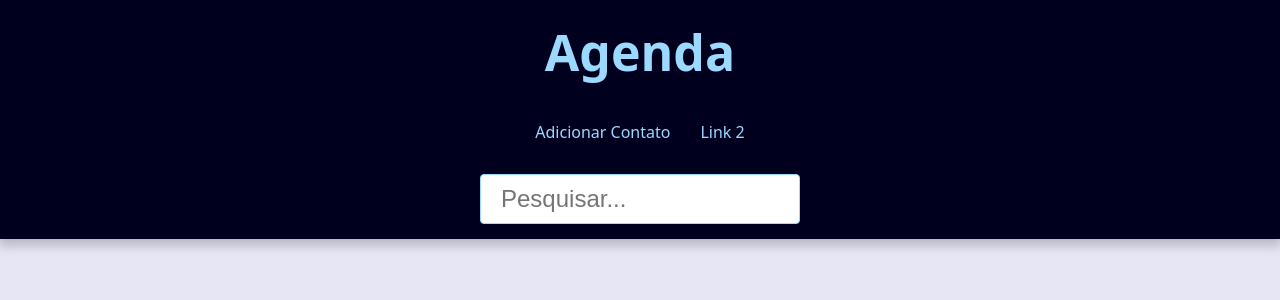
Repository: Anajuliabm248/Agenda
Page: http://localhost/
An editor plug-in stored every save of this project. The page is shown before and after a run of saves, followed by the edit.
The browser window is 1280 px wide. The pictures show the whole page.
The page is served by the project's application, run on Django 5.2 (manage.py). Other server files are loaded and not shown. Queries for data that is not in the repository find no rows.

Above is the page before, as saved 2026-05-03 19:20:04.

### contact/templates/contact/index.html
{% include 'global/base.html' %}

{% block content %}
    {% if page_obj %}
        <main class="content">
            <div class="responsive-table">
                <table class="contacts-table">
                    <caption class="table-caption">
                        Contatos
                    </caption>
                    <thead>
                        <tr class="table-row table-row-header">
                            <th class="table-header">ID</th>
                            <th class="table-header">Nome</th>
                            <th class="table-header">Sobrenome</th>
                            <th class="table-header">Telefone</th>
                            <th class="table-header">E-mail</th>
                        </tr>
                    </thead>
                    <tbody>
                        {% for contact in page_obj %}
                            <tr class="table-row">
                                <td class="table-cel">
                                    <a class="table-link" href="{% url 'contact:contact' contact.id %}">{{ contact.id }}</a>
                                </td>
                                <td class="table-cel">
                                    {{ contact.first_name }}
                                </td>
                                <td class="table-cel">
                                    {{ contact.last_name }}
                                </td>
                                <td class="table-cel">
                                    {{ contact.phone }}
                                </td>
                                <td class="table-cel">
                                    {{ contact.email }}
                                </td>
                            </tr>
                        {% endfor %}
                    </tbody>
                </table>
            </div>

            {% include 'global/partials/pagination.html' %}

        </main>
    {% endif %}
{% endblock content %}

### base_templates/global/base.html
{% load static %}
<!DOCTYPE html>
<html lang="pt_BR">
<head>
    <meta charset="UTF-8">
    <title>{% block title %}{{ title }}{% endblock title %}</title>
    <link rel="stylesheet" href="{% static 'global/css/styles.css' %}">
</head>
<body>

    {% include 'global/partials/_header.html' %}

    {% block content %}

    {% endblock content %}

</body>
</html>

### base_templates/global/partials/_header.html
<header class="header">
        <h1 class="header-heading">
            <a href="{% url 'contact:index' %}" class="header-link">Agenda</a>
        </h1>
        <nav class="menu">
            <ul class="menu-list">
                <li class="menu-item">
                    <a href="{% url 'contact:create' %}" class="menu-link">Adicionar Contato</a>
                </li>
                <li class="menu-item">
                    <a href="" class="menu-link">Link 2</a>
            </ul>
        </nav>

        <div class="search">
            <form action="{% url 'contact:search' %}" method="GET">
                <input type="text" name="q" id="search" class="search-input" placeholder="Pesquisar..." value="{{ search_value }}">
            </form>
        </div>
    </header>

### contact/views/contact_views.py

from django.shortcuts import redirect, render, get_object_or_404
from contact.models import Contact
from django.db.models import Q
from django.core.paginator import Paginator
# Create your views here.

def index(request):
    print('contatos | index')
    contacts = Contact.objects.filter(show=True).order_by('id')

    #o paginator do django é uma classe para a criação de paginação em lista de objetos
    #ver mais sobre ele em: https://docs.djangoproject.com/en/4.2/topics/pagination/
    paginator = Paginator(contacts, 10)  # Exibe 10 contatos por página
    page_number = request.GET.get('page')
    page_obj = paginator.get_page(page_number)

    context= {
        'title': 'Contatos -  Agenda',
        'page_obj': page_obj,
    }

    return render(
        request,
        'contact/index.html',
        context
    )

def search(request):
    search_value = request.GET.get('q', '').strip()

    if not search_value:
        return redirect('contact:index')

    #icontains é case insensitive, ou seja, não diferencia maiúsculas de minúsculas
    #icontains é um filtro de consulta do Django que é usado para realizar buscas em campos de texto;
    #Ele é utilizado para verificar se um determinado valor está contido em um campo de texto, independentemente de como as letras estão capitalizadas.
    contacts = Contact.objects \
        .filter(show=True) \
        .filter(
                Q(first_name__icontains=search_value) |
                Q(last_name__icontains=search_value)  |
                Q(phone__icontains=search_value)      |
                Q(email__icontains=search_value)
        ) \
        .order_by('id')


    paginator = Paginator(contacts, 10)  # Exibe 10 contatos por página
    page_number = request.GET.get('page')
    page_obj = paginator.get_page(page_number)

    context= {
        'title': 'Contatos -  Agenda',
        'page_obj': page_obj,
        'search_value': search_value,
    }

    return render(
        request,
        'contact/index.html',
        context
    )


def contact(request, contact_id):
    single_contact = get_object_or_404(Contact, id = contact_id, show = True)

    # O título da página é o nome do contato seguido de " - Agenda"
    site_title = f'{single_contact.first_name} {single_contact.last_name} - Agenda'

    context= {
        'title': site_title,
        'contact': single_contact,
    }

    return render(
        request,
        'contact/contact.html',
        context
    )

### Agenda/urls.py
"""
URL configuration for Agenda project.

The `urlpatterns` list routes URLs to views. For more information please see:
    https://docs.djangoproject.com/en/6.0/topics/http/urls/
Examples:
Function views
    1. Add an import:  from my_app import views
    2. Add a URL to urlpatterns:  path('', views.home, name='home')
Class-based views
    1. Add an import:  from other_app.views import Home
    2. Add a URL to urlpatterns:  path('', Home.as_view(), name='home')
Including another URLconf
    1. Import the include() function: from django.urls import include, path
    2. Add a URL to urlpatterns:  path('blog/', include('blog.urls'))
"""
from django.contrib import admin
from django.urls import path, include
from django.conf.urls.static import static
from django.conf import settings


urlpatterns = [
    path('admin/', admin.site.urls),
    path('', include('contact.urls'))
]

urlpatterns += static(settings.MEDIA_URL, document_root=settings.MEDIA_ROOT)
urlpatterns += static(settings.STATIC_URL, document_root=settings.STATIC_ROOT)

### contact/urls.py
from django.urls import path
from contact import views

app_name = 'contact'

urlpatterns = [
    path('', views.index, name='index'),
    path('search/', views.search, name='search'),
    #crud de contatos
    path('contact/<int:contact_id>/detail/', views.contact, name='contact'),
    path('contact/create/', views.create, name='create'),
]

### base_static/global/css/styles.css
:root {
  --spacing: 1.5rem;
  --link-dark-color: rgb(0, 83, 134);
  --link-light-color: rgb(156, 217, 255);
  --clr-white: rgb(245, 245, 255);
  --clr-black: rgb(0, 0, 30);
  --clr-light-gray: rgb(230, 230, 245);
  --clr-dark-shadow-5: rgba(0, 0, 10, 5%);
  --clr-dark-shadow-10: rgba(0, 0, 10, 10%);
  --clr-dark-shadow-20: rgba(0, 0, 10, 20%);
  --clr-light-shadow-5: rgba(200, 200, 255, 5%);
  --clr-light-shadow-10: rgba(200, 200, 255, 10%);
  --clr-light-shadow-20: rgba(200, 200, 255, 20%);
  --main-page-width: 120rem;
  --table-min-width: 60rem;
  --biggest-font-size: 5rem;
  --bigger-font-size: 4rem;
  --big-font-size: 3.2rem;
  --medium-font-size: 2.4rem;
  --small-font-size: 1.6rem;
  --smaller-font-size: 1.4rem;
  --smallest-font-size: 1.2rem;
  --transition-fast: 300ms;
  --transition-medium: 600ms;
  --transition-slow: 1s;
  --default-border-radius: 4px;
}

*,
*::before,
*::after {
  margin: 0;
  padding: 0;
  box-sizing: border-box;
}

html {
  font-size: 62.5%;
}

body {
  font-family: system-ui, -apple-system, BlinkMacSystemFont, 'Segoe UI', Roboto,
    Oxygen, Ubuntu, Cantarell, 'Open Sans', 'Helvetica Neue', sans-serif;
  line-height: 1.5;
  font-size: var(--small-font-size);
  color: var(--clr-black);
  -webkit-font-smoothing: antialiased;
  background: var(--clr-light-gray);
}

img,
svg {
  display: block;
  max-width: 100%;
}

.header {
  background: var(--clr-black);
  padding: var(--spacing);
  box-shadow: 0 5px 10px 2px var(--clr-dark-shadow-20);
  z-index: 1;
  position: relative;
}

.header-heading {
  font-size: var(--biggest-font-size);
  text-align: center;
}

.header-link {
  color: var(--link-light-color);
  text-decoration: none;
  transition: filter var(--transition-fast) ease-in-out;
}

.header-link:hover {
  filter: brightness(70%);
}

.menu {
  margin: var(--spacing);
}

.menu-list {
  list-style: none;
  display: flex;
  justify-content: center;
  flex-flow: row wrap;
}

.menu-link {
  display: block;
  padding: var(--spacing);
  color: var(--link-light-color);
  text-decoration: none;
  transition: background-color var(--transition-fast) ease-in-out;
  border-radius: var(--default-border-radius);
}

.menu-link:hover {
  background: var(--clr-light-shadow-10);
}

.content {
  max-width: var(--main-page-width);
  margin: calc(var(--spacing) * 2) auto;
  padding: var(--spacing);
  background: var(--clr-white);
  box-shadow: 2px 2px 5px var(--clr-dark-shadow-20);
  border-radius: var(--default-border-radius);
}

.responsive-table {
  width: 100%;
  overflow-x: auto;
}

.contacts-table {
  width: 100%;
  min-width: var(--table-min-width);
  border-collapse: collapse;
}

.table-caption {
  font-size: var(--medium-font-size);
  font-weight: bold;
  padding: var(--spacing);
}

.table-row {
  text-align: left;
  text-overflow: ellipsis;
  transition: background-color var(--transition-fast) ease-in-out;
}

.table-row:nth-of-type(2n) {
  background: var(--clr-dark-shadow-5);
}

.table-row:not(.table-row-header):hover {
  background: var(--clr-dark-shadow-10);
}

.table-row-header {
  background: var(--clr-light-gray);
  color: var(--clr-black);
}

.table-cel,
.table-header {
  padding: var(--spacing);
}

.table-link {
  color: var(--link-dark-color);
  transition: color var(--transition-fast) ease-in-out;
  text-decoration: none;
}

.table-link:hover {
  color: var(--clr-black);
}

@media (min-width: 600px) {
  .single-contact {
    max-width: 80%;
    margin: calc(var(--spacing) * 2) auto;
  }
}

.single-contact h1 {
  margin: 1rem 0;
}

.single-contact p {
  margin: 1rem 0;
}

.pagination {
  margin-top: var(--spacing);
  display: flex;
  justify-content: center;
  padding: calc(var(--spacing) * 0.8);
  font-size: var(--small-font-size);
}

.pagination .step-links {
  display: flex;
  gap: calc(var(--spacing) * 0.8);
}

.pagination .step-links a {
  color: var(--link-dark-color);
  transition: color var(--transition-fast) ease-in-out;
  text-decoration: none;
  display: block;
}

.search {
  display: flex;
  justify-content: center;
}

.search-input {
  font-size: var(--medium-font-size);
  padding: 1rem 2rem;
  width: 100%;
  max-width: 32rem;
  border-radius: var(--default-border-radius);
  border: 1px solid var(--link-light-color);
}

.search-input:focus {
  box-shadow: 0 0 15px var(--link-light-color);
}

.message {
  max-width: 600px;
  margin: var(--spacing) auto;
  margin-top: calc(var(--spacing) * 2);
  padding: var(--spacing);
  text-align: center;
  border-radius: var(--default-border-radius);
  font-size: var(--smaller-font-size);
}

.message.success {
  background: rgba(0, 255, 0, 0.3);
  border: 1px solid rgba(0, 255, 0, 90%);
}

.message.error {
  background: rgba(255, 0, 0, 0.3);
  border: 1px solid rgba(255, 0, 0, 90%);
}

.message.warning {
  background: rgba(255, 255, 0, 0.3);
  border: 1px solid rgba(255, 255, 0, 90%);
}

.form-wrapper {
  max-width: 60rem;
  margin: var(--spacing) auto;
}

.form-content {
  margin: var(--spacing) 0;
}

.form-group {
  display: flex;
  flex-direction: column;
  padding-bottom: var(--spacing);
}
.errorlist {
  list-style: none;
  font-size: var(--smaller-font-size);
  color: red;
}

.form-group:has(.errorlist) input{
  border-color:red;
}

.errorlist.nonfield {
  color: inherit;
}

.form-group p {
  margin: 1em 0;
}

.form-group .help-text,
.form-group .help-text ~ ul {
  margin: 0;
  font-size: var(--smallest-font-size);
  list-style: none;
}

.form-group input,
.form-group textarea,
.form-group select {
  padding: 1rem;
  border-radius: var(--default-border-radius);
  border: 1px solid var(--link-dark-color);
}

.form-group input:focus,
.form-group textarea:focus,
.form-group select:focus {
  outline: none;
  box-shadow: 0 0 5px var(--link-dark-color);
}

.form-group label {
  font-size: var(--smaller-font-size);
}

.btn {
  background-color: var(--link-dark-color);
  color: var(--clr-white);
  font-weight: bold;
  border: none;
  padding: 1rem 2rem;
  border-radius: var(--default-border-radius);
  cursor: pointer;
  transition: filter var(--transition-fast) ease-in-out;
}

.btn:hover {
  filter: brightness(90%);
}

.btn:focus,
.btn:active {
  filter: brightness(80%);
  box-shadow: 0 0 5px var(--link-dark-color);
}

After the next 2 saves:
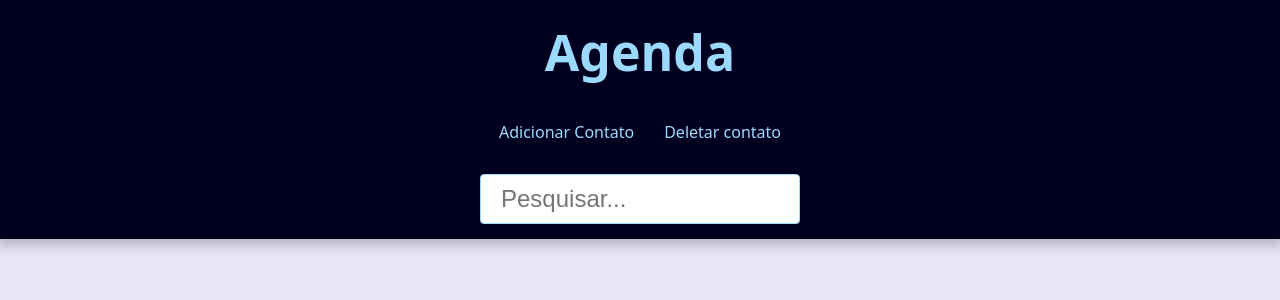
The 2 saves are shown as one change because they came seconds apart.
The last was saved 62 s later.
--- a/base_templates/global/partials/_header.html
+++ b/base_templates/global/partials/_header.html
@@ -8,7 +8,7 @@
                     <a href="{% url 'contact:create' %}" class="menu-link">Adicionar Contato</a>
                 </li>
                 <li class="menu-item">
-                    <a href="" class="menu-link">Link 2</a>
+                    <a href="" class="menu-link">Deletar contato</a>
             </ul>
         </nav>
 
